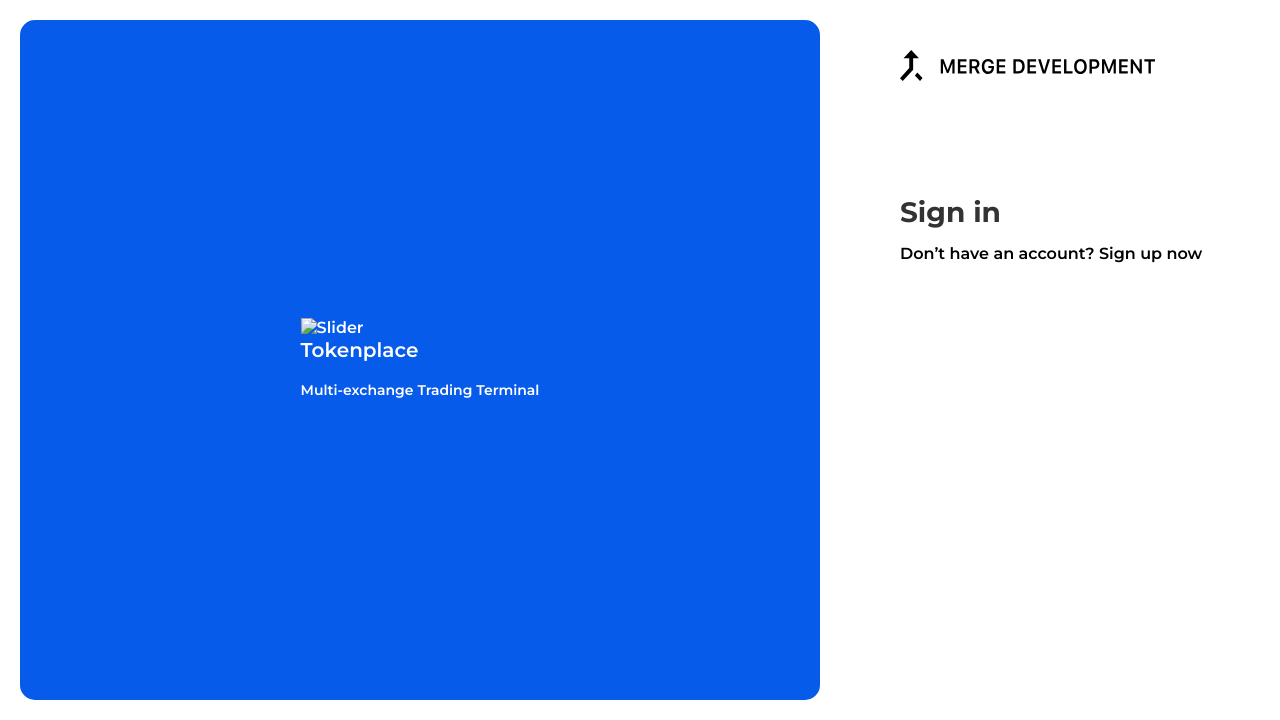
Repository: 13RedFox/form-project
Page: /
The author's editor kept a copy of each file at every save. The page is drawn from the files as they stood at one save, then again after the next save.
The browser window is 1280 px wide. The pictures show the whole page.
The project was rebuilt for these pictures with package versions that can differ from the ones it lists, and the page was loaded fresh each time.

Above is the page before, as saved 2021-08-04 17:59:15.

After the next save:
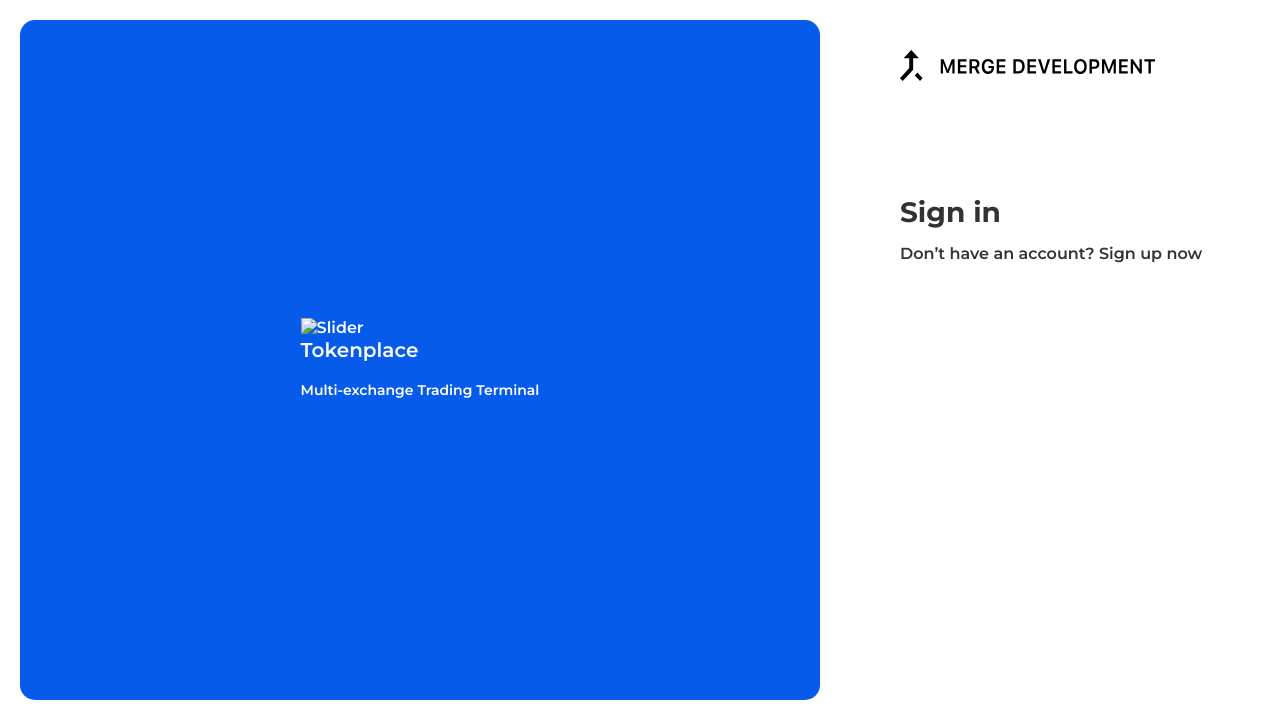
Saved 16 s later.
--- a/src/components/Form/Form.module.scss
+++ b/src/components/Form/Form.module.scss
@@ -1,5 +1,6 @@
 .form {
   padding-top: 30px;
+  color: #333333;
 }
 
 .icon {
@@ -11,6 +12,5 @@
   font-size: 28px;
   line-height: 34px;
 
-  color: #333333;
   margin-bottom: 15px;
 }
